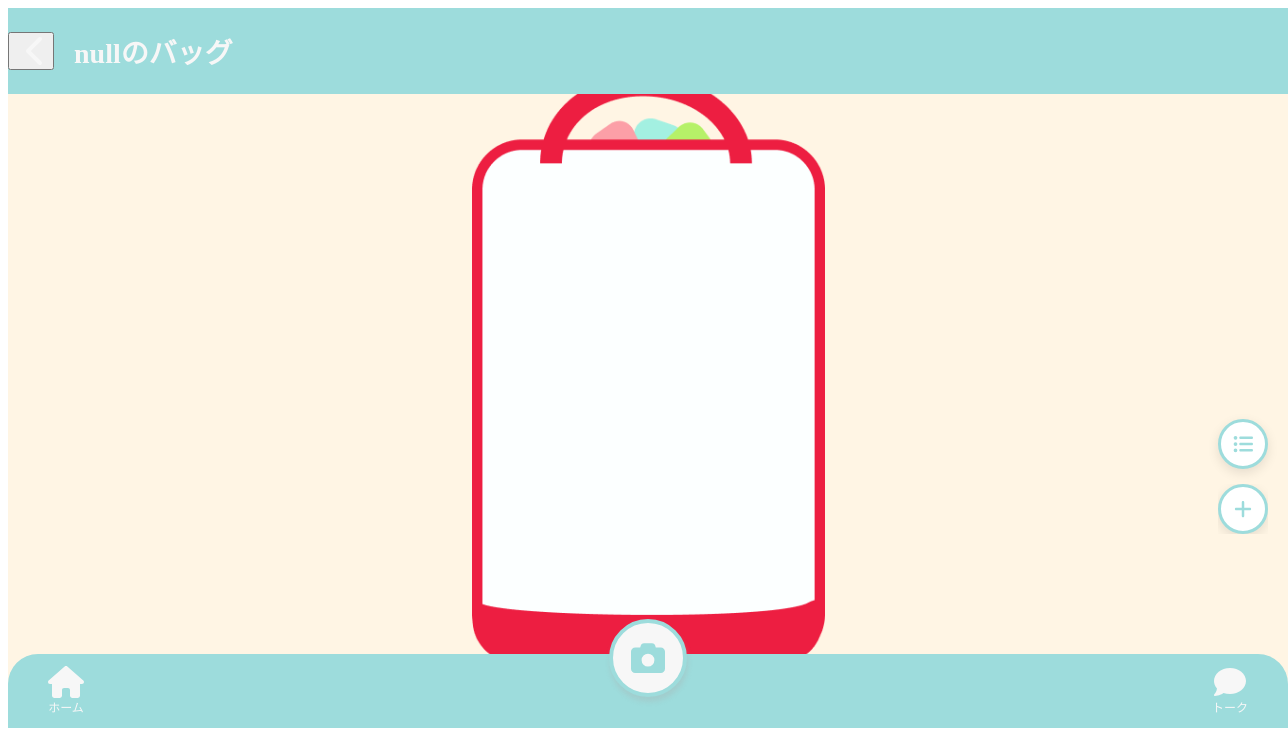
Repository: yamagataYK/pair-bag
Page: /bag
These files come from the project's save history. The page is drawn as it stood at one moment and after the next save; the edit follows.
The browser window is 1280 px wide. The page is 1288 px wide, so the pictures cover 1288 px, including what lies to the right of the window. The pictures show the whole page.
The project was rebuilt for these pictures with package versions that can differ from the ones it lists, and the page was loaded fresh each time. The framework's server and built-in components were replaced by stand-ins that run in the browser. Also part of the build but not shown: next.config.ts.

Above is the page before, as saved 2025-07-17 14:27:02.

### src/app/layout.tsx
import type { Metadata } from "next";
import { Noto_Sans_JP } from "next/font/google";
import "./globals.css";
import 'ress'

const notoSansJp = Noto_Sans_JP({
  variable: "--font-geist-sans",
  subsets: ["latin"],
});

export const metadata: Metadata = {
  title: "PairBag",
  description: "Generated by create next app",
};

export default function RootLayout({ children, }: Readonly<{
  children: React.ReactNode;
}>) {
  return (
    <html lang="ja">
      <body className={`${notoSansJp.variable}`}>
        {children}
      </body>
    </html>
  );
}

### src/app/bag/page.tsx
'use client'

import styles from "./page.module.css";
import Main from "@/components/main";
import Footer from "@/components/footer";
import Header from "@/components/header";
import Modal from "@/components/modal"
import { FontAwesomeIcon } from "@fortawesome/react-fontawesome";
import { faListUl } from "@fortawesome/free-solid-svg-icons";
import { useSearchParams } from "next/navigation";



export default function Page() {
    const searchParams = useSearchParams();
    const color = searchParams.get('color');
    const name = searchParams.get('name');



    const handleColor = () => {
        switch (color) {
            case "red":
                return styles.red
            case "blue":
                return styles.blue
            case "green":
                return styles.green

            default:
                return styles.red
        }
    }

    return (
        <>
            <Header title={`${name}のバッグ`} />
            <Main className={styles.main}>
                <div className={`${styles.bagImage} ${handleColor()}`}>
                    <div className={styles.addButtonWrap}>
                        <button type="button" className={styles.addButton}>
                            <FontAwesomeIcon icon={faListUl} className={styles.icon} />
                        </button>
                        <Modal></Modal>
                    </div>
                </div>
            </Main>
            <Footer />
        </>

    );
}

### src/app/bag/page.module.css
/* bagの中身のcss */
.main {
    width: 100%;
    background-color: #FFF5E4;
    position: relative;
}


.bagImage {
    width: 100%;
    height: 100%;
    background-size: contain;
    background-position: center center;
    background-repeat: no-repeat;
    margin-top: -20px;

}

.red {
    background-image: url('/images/bag-background.png');
}

.blue {
    background-image: url('/images/bag-background2.png');
}

.green {
    background-image: url('/images/bag-background3.png');
}

.addButtonWrap {
    position: absolute;
    right: 20px;
    bottom: 150px;
    display: flex;
    flex-direction: column;
    gap: 15px;
}

.addButton {
    width: 50px;
    height: 50px;
    padding: 12px;
    border-radius: 50%;
    border: 3px solid #9DDCDC;
    background-color: #FFFFFF;
    box-shadow: 0 4px 12px rgba(0, 0, 0, 0.1);
}

.icon {
    margin: auto;
    width: 100%;
    height: 100%;
    color: #9DDCDC;
}

### src/components/main.tsx
import { ReactNode } from "react";
import styles from "./main.module.css";

type Props = {
    children?: ReactNode,
    className: string
}

export default function Main(props: Props) {
    return (
        <main className={`${styles.main} ${props.className}`}>
            {props.children}
        </main>
    );
}

### src/components/footer.tsx

import styles from './footer.module.css';
import Link from 'next/link';
import { FontAwesomeIcon } from '@fortawesome/react-fontawesome';
import { faCamera, faHouse, faComment } from '@fortawesome/free-solid-svg-icons';

export default function Footer() {
    return (

        <footer className={styles.footer}>

            <Link href="/" className={styles.navItem}>
                <FontAwesomeIcon icon={faHouse} className={styles.icon} />
                <span className={styles.text}>ホーム</span>
            </Link>
            <div className={styles.cameraButtonWrapper}>
                <Link href="/camera" className={styles.cameraButton}>
                    <FontAwesomeIcon icon={faCamera} className={styles.cameraIcon} />
                </Link>
            </div>
            <Link href="/chat" className={styles.navItem}>
                <FontAwesomeIcon icon={faComment} className={styles.icon} />
                <span className={styles.text}>トーク</span>
            </Link>


        </footer>
    )
}

### src/components/header.tsx

'use client'

import styles from './header.module.css';
import { FontAwesomeIcon } from '@fortawesome/react-fontawesome';
import { faChevronLeft } from '@fortawesome/free-solid-svg-icons';
import { useRouter } from 'next/navigation';

type Props = {
    title: string
}

export default function Header(props: Props) {

    const router = useRouter()

    return (
        <header className={styles.header}>
            <button onClick={() => router.back()}>
                <FontAwesomeIcon icon={faChevronLeft} className={styles.icon} />
            </button>
            <h2 className={styles.title}>{props.title}</h2>
        </header>
    );
};

### src/components/modal.tsx
'use client'

import styles from "./modal.module.css";
import Main from "@/components/main";
import { FontAwesomeIcon } from "@fortawesome/react-fontawesome";
import { faPlus } from "@fortawesome/free-solid-svg-icons";
import { useState } from "react";


export default function Modal() {
    // フックはコンポーネント本体のトップレベルで呼び出す
    const [isOpen, setIsOpen] = useState(false);

    // トグル関数も同じスコープ内に
    const toggleModal = () => {
        setIsOpen(!isOpen);
    };


    return (
        <>
            <Main>
                <button type="button" className={styles.addButton}
                    onClick={toggleModal}
                >
                    <FontAwesomeIcon icon={faPlus} className={styles.icon} />
                </button>
                {isOpen && (
                    <div className={styles.modalStyle}>
                        <p>モーダルの中身です</p>
                        <button onClick={toggleModal}>Close</button>
                    </div>
                )}
            </Main>
        </>

    )
};

### src/components/main.module.css
.main{
    width: 100%;
    height: 100%;
    overflow: auto;
}

### src/components/footer.module.css
.footer {
    position: relative;
    background-color: #9DDCDC;
    height: 90px;
    border-radius: 30px 30px 0 0;
    display: flex;
    justify-content: space-between;
    align-items: center;
    padding: 0 40px;
    margin-top: -30px;
}

.navItem {
    display: flex;
    flex-direction: column;
    align-items: center;
    text-decoration: none;
}

.icon {
    font-size: 32px;
    color: #F7F7F7;
}

.text {
    font-size: 12px;
    color: #F7F7F7;
}

.cameraButtonWrapper {
    position: absolute;
    top: -35px;
    left: 50%;
    transform: translateX(-50%);
    z-index: 1;
}

.cameraButton {
    background-color: #F7F7F7;
    border: #9DDCDC 4px solid;
    border-radius: 50%;
    width: 70px;
    height: 70px;
    display: flex;
    justify-content: center;
    align-items: center;
    box-shadow: 1px 5px 5px 0px rgba(171, 171, 171, 0.30);
    text-decoration: none;
}

.cameraIcon {
    color: #9DDCDC;
    font-size: 34px;
}

### src/components/header.module.css
.header {
    width: 100%;
    height: 100px;
    display: flex;
    align-items: center;
    gap: 20px;
    background-color: #9DDCDC;

}


.icon {
    font-size: 32px;
    padding-left: 10px;
    color: #F7F7F7;
}

.title {
    font-size: 28px;
    color: #F7F7F7;
}

### src/components/modal.module.css
.addButtonWrap {
    position: absolute;
    right: 20px;
    bottom: 150px;
    display: flex;
    flex-direction: column;
    gap: 15px;
}

.addButton {
    width: 50px;
    height: 50px;
    padding: 12px;
    border-radius: 50%;
    border: 3px solid #9DDCDC;
    background-color: #FFFFFF;
    box-shadow: 0 4px 12px rgba(0, 0, 0, 0.1);
}

.icon {
    margin: auto;
    width: 100%;
    height: 100%;
    color: #9DDCDC;
}

Loaded but not shown: src/app/globals.css (common file)

After the next save:
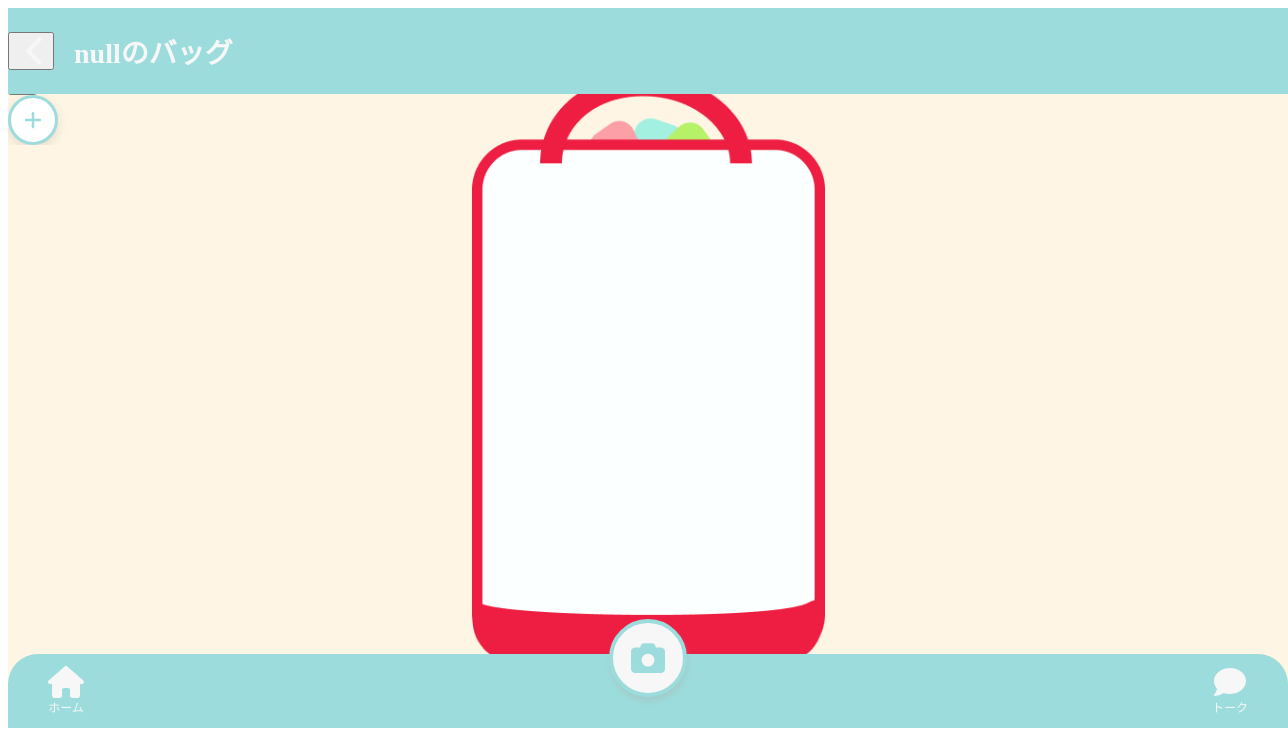
Saved 45 s later.
--- a/src/app/bag/page.module.css
+++ b/src/app/bag/page.module.css
@@ -27,29 +27,3 @@
 .green {
     background-image: url('/images/bag-background3.png');
 }
-
-.addButtonWrap {
-    position: absolute;
-    right: 20px;
-    bottom: 150px;
-    display: flex;
-    flex-direction: column;
-    gap: 15px;
-}
-
-.addButton {
-    width: 50px;
-    height: 50px;
-    padding: 12px;
-    border-radius: 50%;
-    border: 3px solid #9DDCDC;
-    background-color: #FFFFFF;
-    box-shadow: 0 4px 12px rgba(0, 0, 0, 0.1);
-}
-
-.icon {
-    margin: auto;
-    width: 100%;
-    height: 100%;
-    color: #9DDCDC;
-}

After the save that followed:
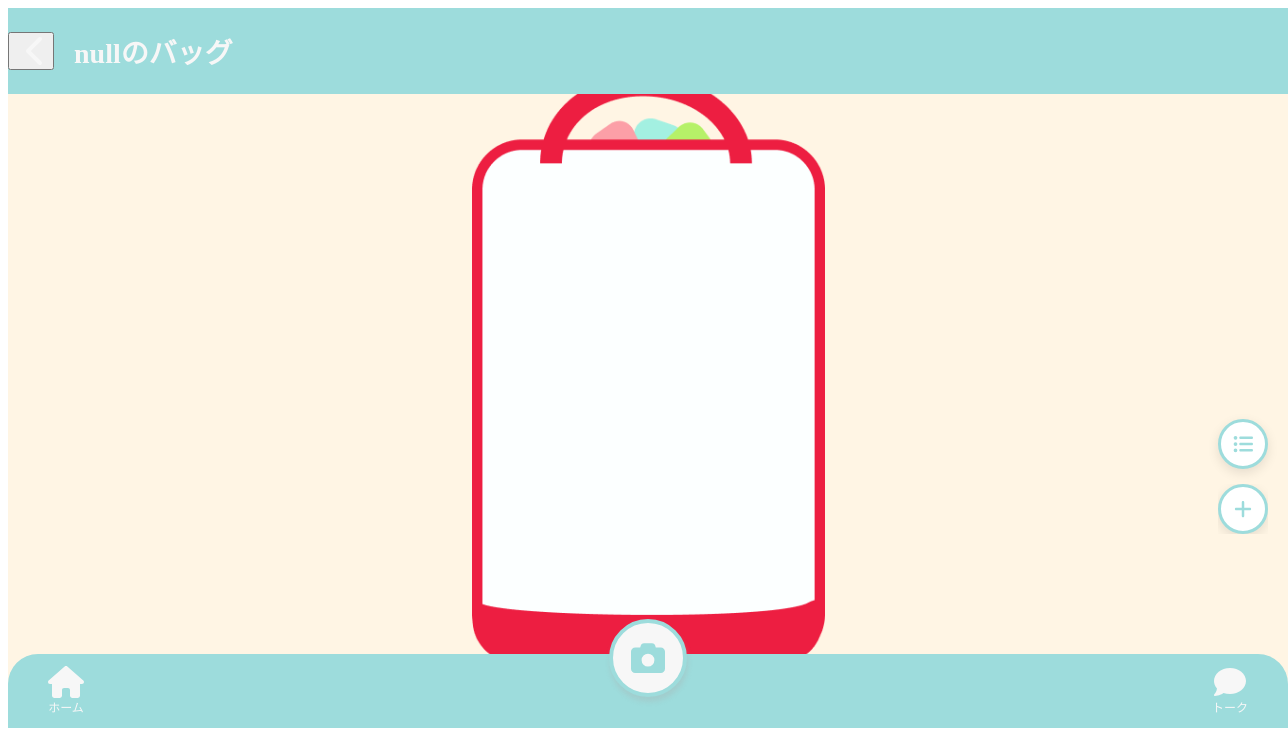
Saved 5 s later.
--- a/src/app/bag/page.module.css
+++ b/src/app/bag/page.module.css
@@ -27,3 +27,29 @@
 .green {
     background-image: url('/images/bag-background3.png');
 }
+
+.addButtonWrap {
+    position: absolute;
+    right: 20px;
+    bottom: 150px;
+    display: flex;
+    flex-direction: column;
+    gap: 15px;
+}
+
+.addButton {
+    width: 50px;
+    height: 50px;
+    padding: 12px;
+    border-radius: 50%;
+    border: 3px solid #9DDCDC;
+    background-color: #FFFFFF;
+    box-shadow: 0 4px 12px rgba(0, 0, 0, 0.1);
+}
+
+.icon {
+    margin: auto;
+    width: 100%;
+    height: 100%;
+    color: #9DDCDC;
+}
